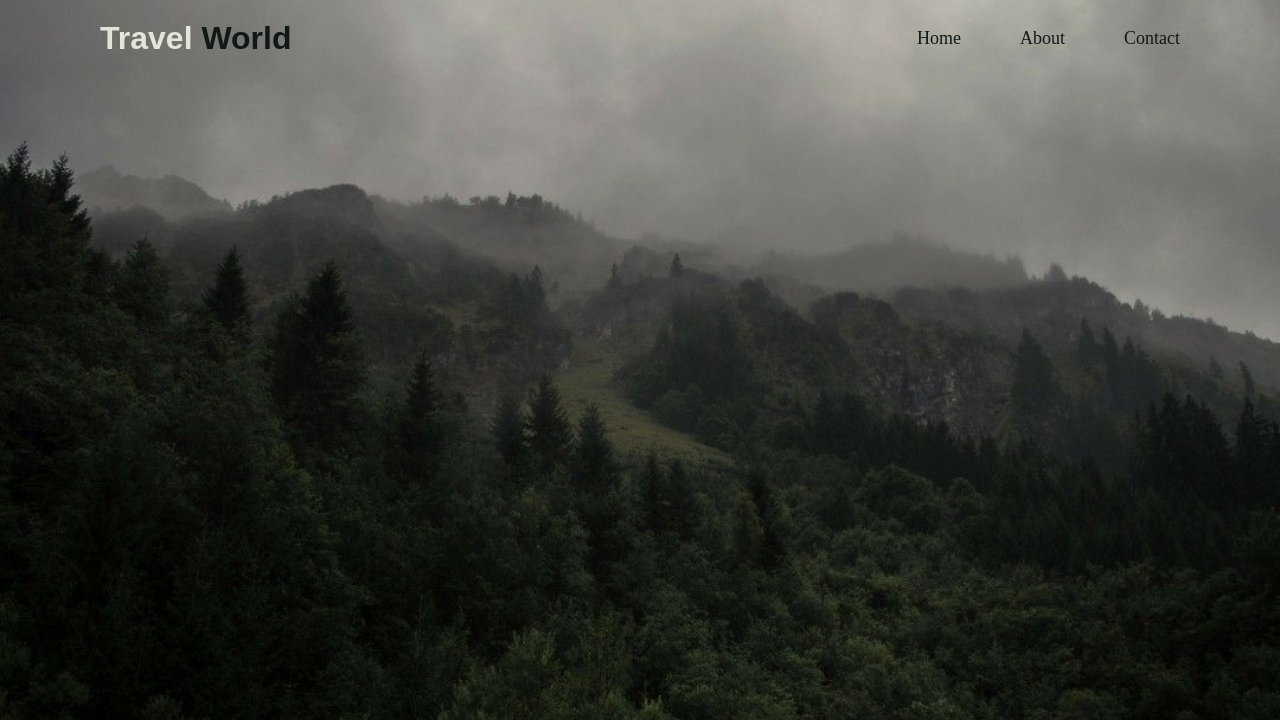
Repository: Haakim19/TravelWorld
Page: html/index.html
These files come from the project's save history. The page is drawn as it stood at one moment and after the next save; the edit follows.
The browser window is 1280 px wide. The pictures show the whole page.

Above is the page before, as saved 2024-10-30 23:55:44.

### html/index.html
<!DOCTYPE html>
<html lang="en">
<head>
    <meta charset="UTF-8">
    <meta name="viewport" content="width=device-width, initial-scale=1.0">
    <title>Travel World</title>
    <link rel="stylesheet" href="../css/main.css">
</head>
<body>
    <header class="header">
        <h1 class="name">Travel <span>World</span></h1>
        <nav class="navbar">
                <a href="#">Home</a>
                <a href="#">About</a>
                <a href="#">Contact</a>
        </nav>
    </header>
    <!-- <img src="../assets/mirissa.jpg" alt=""> -->
    <!-- <div class="main-content">
        <div class="content">
            <h1>Sri Lanka</h1>
            <h2>Uncover the Wonders of the Pearl Island!</h2>
            <p>Discover the essence of Sri Lanka with a team that knows every hidden gem and iconic wonder! Our mission is to turn your trip into a blend of relaxation, excitement, and cultural discovery. From misty highlands and golden shores to rich heritage sites, our custom tours celebrate Sri Lanka’s breathtaking diversity. Get ready to make memories you’ll cherish forever as we take care of every detail for a truly magical journey!</p>
        </div>
        <div class="hover-card">
            <div id="card1">
                <div id="image-slider">
                    <img src="../assets/arugam bay.jpg" alt="">
                </div>
                <div id="card-content">
                    <h3><B>Pristine Beaches</B></h3>
                    <p> Golden sands and crystal-clear waters perfect for relaxation and water sports.</p>
                </div>
            </div>
            <div id="card2">
                <div id="image-slider">
                    <img src="../assets/teafeald.avif" alt="teafeald">
                    <img src="../assets/teafeald2.avif" alt="teafeald">
                </div>
                <div id="card-content">
                    <h3><B>Lush Tea Plantations</B></h3>
                    <p> Explore scenic hillsides and savor world-renowned Ceylon tea.</p>
                </div>
            </div>
            <div id="card3">
                <div id="image-slider">
                    <img src="../assets/temple.jpg" alt="temple">
                    <img src="../assets/ruins.webp" alt="">
                    <img src="../assets/temple3.jpg" alt="">
                </div>
                <div id="card-content">
                    <h3><B>Ancient Temples & Ruins</B></h3>
                    <p> Dive into a rich history with UNESCO heritage sites and sacred relics.</p>
                </div>
            </div>
            <div id="card4">
                <div id="image-slider">
                    <img src="../assets/yala.jpg" alt="">
                    <img src="../assets/wildlife.webp" alt="">
                    <img src="../assets/wildlife02.jpg" alt="">
                    <img src="../assets/wildlife04.jpg" alt="">
                </div>
                <div id="card-content">
                    <h3><B>Wildlife Safaris</B></h3>
                    <p> Encounter elephants, leopards, and exotic birds in diverse national parks.</p>
                </div>
            </div>
            <div id="card5">
                <div id="image-slider">
                    <img src="../assets/Ella02.jpg" alt="Ella">
                    <img src="../assets/Hanthana.jpg" alt="">
                    <img src="../assets/mountains02.jpg" alt="">
                </div>
                <div id="card-content">
                    <h3><B>Mountain Escapes</B></h3>
                    <p> Misty highlands with waterfalls, hiking trails, and cool climates.</p>
                </div>
            </div>
            <div id="card6">
                <div id="image-slider">
                    <img src="../assets/festivel.jpg" alt="">
                    <img src="../assets/festivel02.jpg" alt="">
                </div>
                <div id="card-content">
                    <h3><B>Cultural Festivals</B></h3>
                    <p> Vibrant celebrations showcasing traditional dance, music, and customs.</p>
                </div>
            </div>
            <div id="card7">
                <div id="image-slide">
                    <img src="../assets/cuisine.jpeg" alt="">
                    <img src="../assets/cuisine02.jpeg" alt="">
                    <img src="../assets/cuisine03.jpg" alt="">

                </div>
                <div id="card-content">
                    <h3><B>Flavorful Cuisine</B></h3>
                    <p> Delight in spicy curries, fresh seafood, and tropical fruits.</p>
                </div>
            </div>

        </div>
    </div>
    <div class="footer">
        <div id="icon">
            <img src="../assets/twitter.png" alt="twitter">
            <img src="../assets/facebook.png" alt="facebook">
            <img src="../assets/instagram.png" alt="instagram">
            <img src="../assets/whatsapp.png" alt="whatsapp">
        </div>
    </div> -->
</body>
</html>

### css/main.css
*{
    --color1: #101916;
    --color2:#355245;
    --color3:#afc186;
    --color4:#648374;
    --color5:#e3e5d8;
    --font01:Marker Felt, fantasy;
    --font02:cursive;
    --font03:DejaVu Sans Mono, monospace;
    --font04:Comic Sans MS, cursive;
    margin: 0;
    padding: 0;
    box-sizing: border-box;
}
body{
    min-height: 100vh;
    /* background: url('https://i.pinimg.com/564x/c7/36/f8/c736f83436d84ddc039fe42de40c8ec7.jpg'); */
    background:url('../assets/bg.jpg') no-repeat;
    background-size: cover;
    background-position: center;
}
.header{
    position: fixed;
    top: 0;
    left: 0;
    width: 100%;
    padding: 20px 100px;
    display: flex;
    background:transparent;
    justify-content:space-between;
    align-items: center;
    z-index: 100;
}
.name{
    font-family: "poppins", sans-serif;
    font-size: 32px;
    color: var(--color2);
    text-decoration: none;
    font-weight: 700;
    animation: animation 1s infinite;
}
.name span{
    color: var(--color1);
}
@keyframes animation{
    From{
        color: var(--color5);
    }
    To{
        color: var(--color1);
    }
}
.navbar a{
    position: relative;
    font-size: 18px;
    color: var(--color1);
    text-decoration: none;
    font-weight: 500;
    margin-left: 55px;
}
.navbar a::before{
    content: '';
    position: absolute;
    top: 100%;
    width: 0;
    left: 0;
    height: 2.5px;
    border-radius:100%;
    background: var(--color1);
}
.navbar a:hover::before{
    width: 100%;
    transition: 0.3s;
}

After the next save:
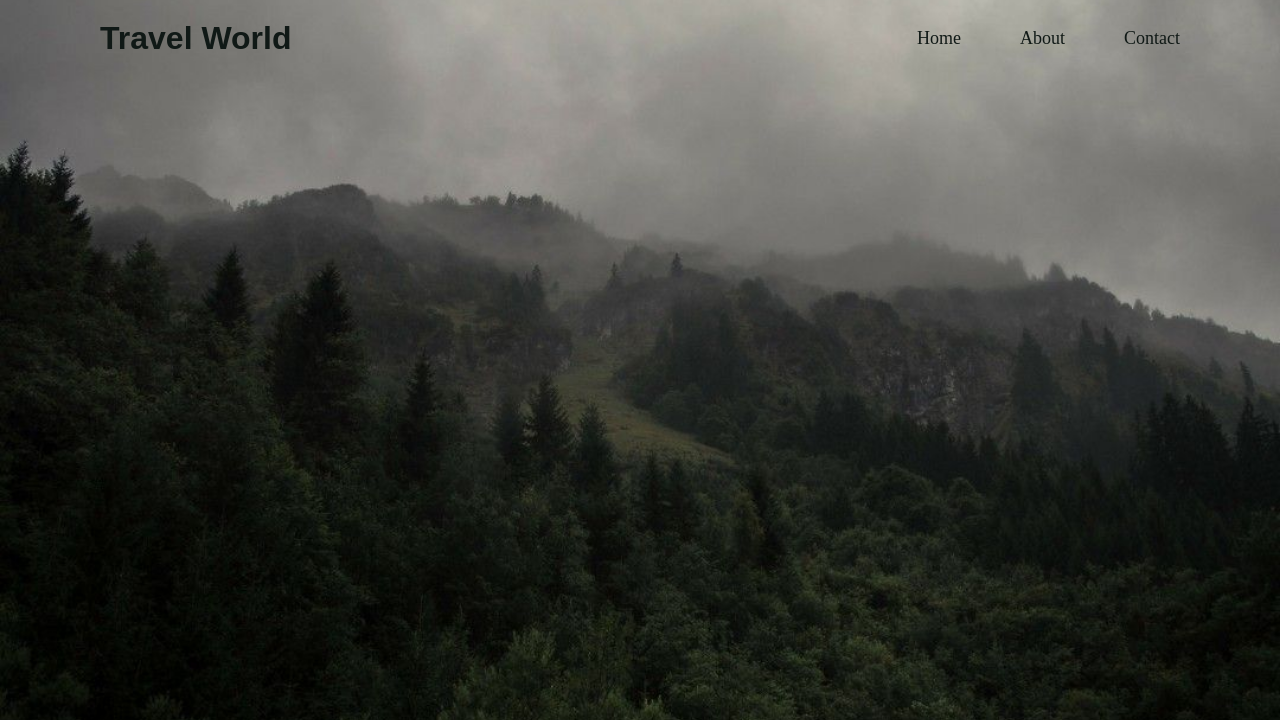
Saved 31 s later.
--- a/css/main.css
+++ b/css/main.css
@@ -45,9 +45,11 @@ body{
 @keyframes animation{
     From{
         color: var(--color5);
+        color: var(--color1);
     }
     To{
         color: var(--color1);
+        color: var(--color5);
     }
 }
 .navbar a{
